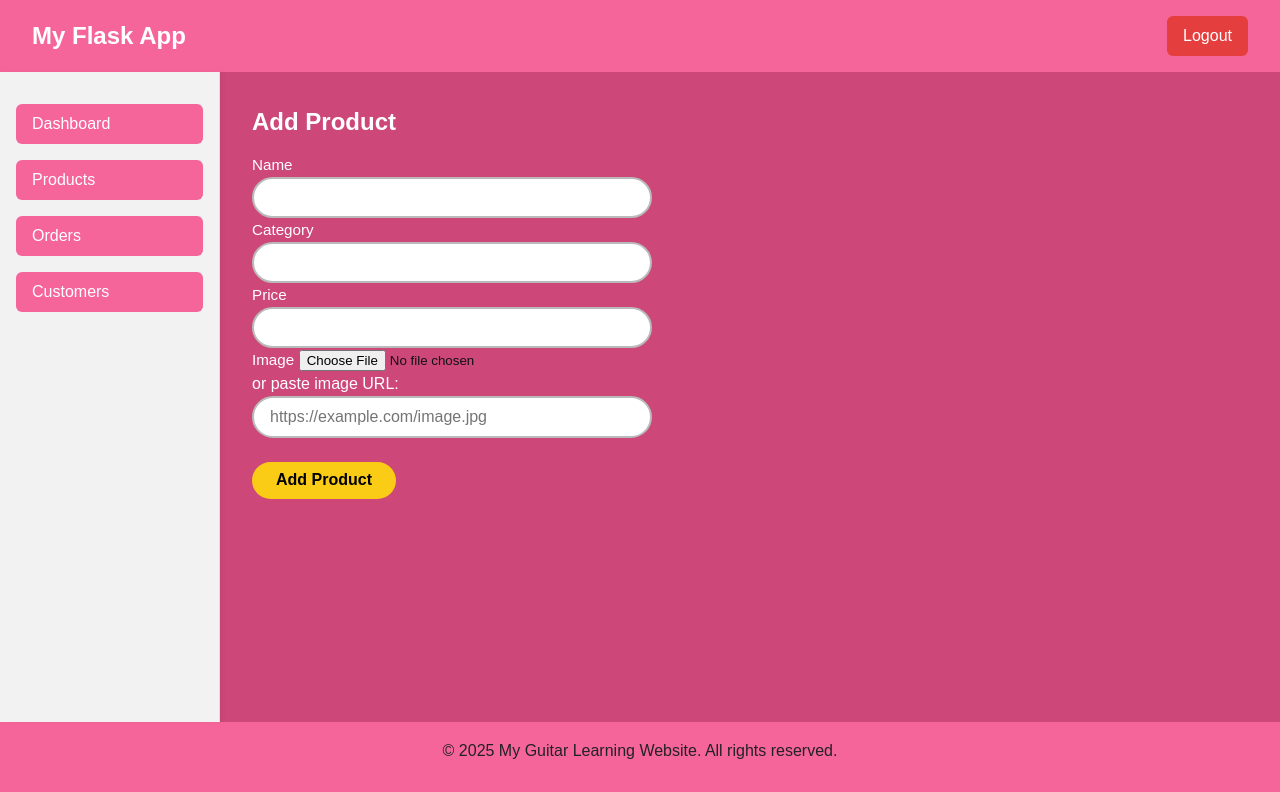
Repository: rywkoo/LearnGuitar
Page: templates/admin/addproduct.html
These files come from the project's save history. The page is drawn as it stood at one moment and after the next save; the edit follows.
The browser window is 1280 px wide. The pictures show the whole page.
The page is served by the project's application, run on Flask 3 (app.py). The template is opened directly, without the code that normally fills it, so the values that code supplies are empty.

Above is the page before, as saved 2025-08-25 21:39:39.

After the next save:
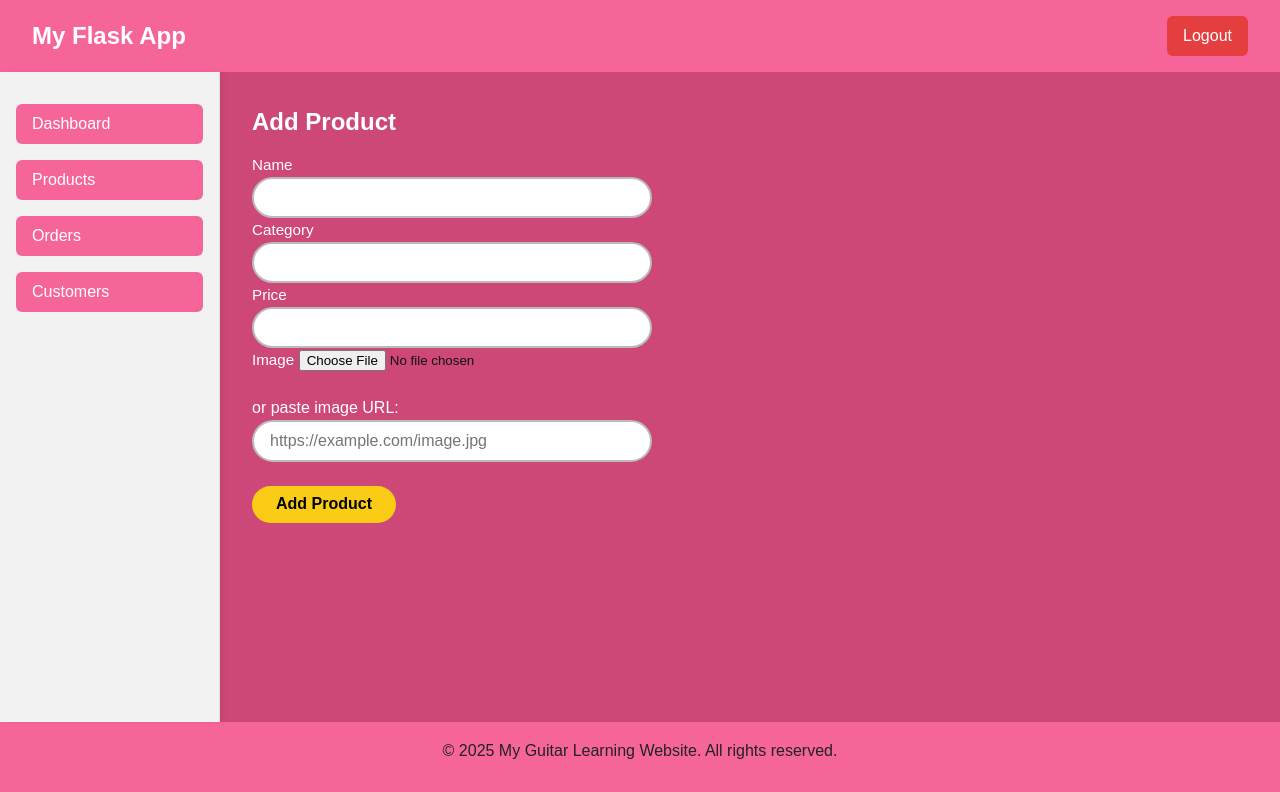
Saved 14 s later.
--- a/templates/admin/addproduct.html
+++ b/templates/admin/addproduct.html
@@ -27,7 +27,7 @@
 
             <div class="mb-3">
                 <label style="color: white;">Image</label>
-                <input type="file" name="image_file" accept="image/*"></br>
+                <input type="file" name="image_file" accept="image/*"></br></br>
                 <span style="color: white;">or paste image URL:</span>
                 <input class="input" type="text" name="image_url" placeholder="https://example.com/image.jpg">
             </div>
